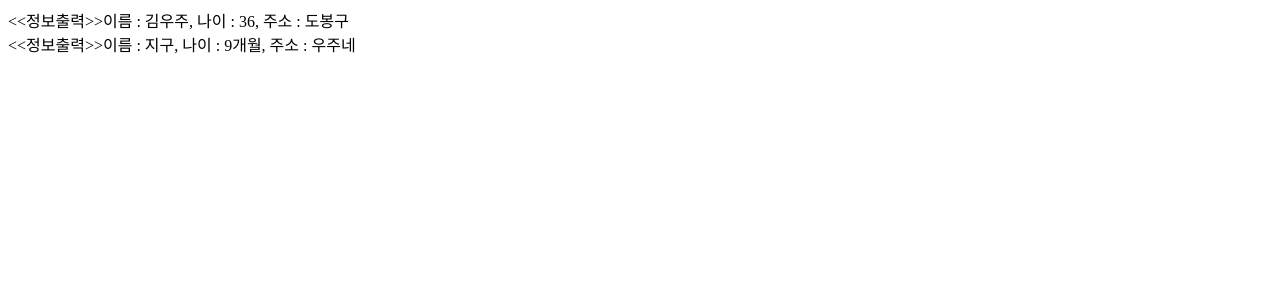
Repository: UnibusK/Java-Study
Page: http://localhost/JSP29/
An editor plug-in stored every save of this project. The page is shown before and after the next save, followed by the edit.
The browser window is 1280 px wide. The pictures show the whole page.
The page is served by Tomcat 9.

Above is the page before, as saved 2023-12-06 06:13:05.

After the next save:
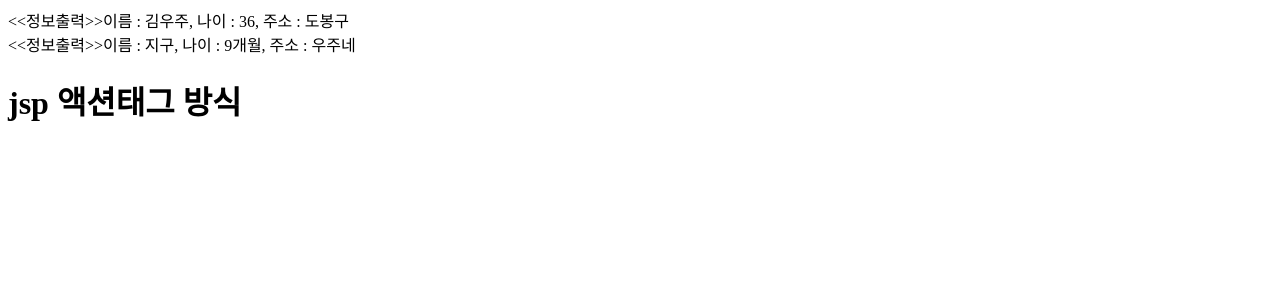
Saved 3 min 20 s later.
--- a/JSP/JSP29/src/main/webapp/index.jsp
+++ b/JSP/JSP29/src/main/webapp/index.jsp
@@ -21,5 +21,7 @@
 		%>
 		<%=s1 %><br>
 		<%=s2 %><br>
+		<h1>jsp 액션태그 방식</h1>
+		<jsp:useBean id="s3" class="beans.Student"></jsp:useBean>
 	</body>
 </html>
